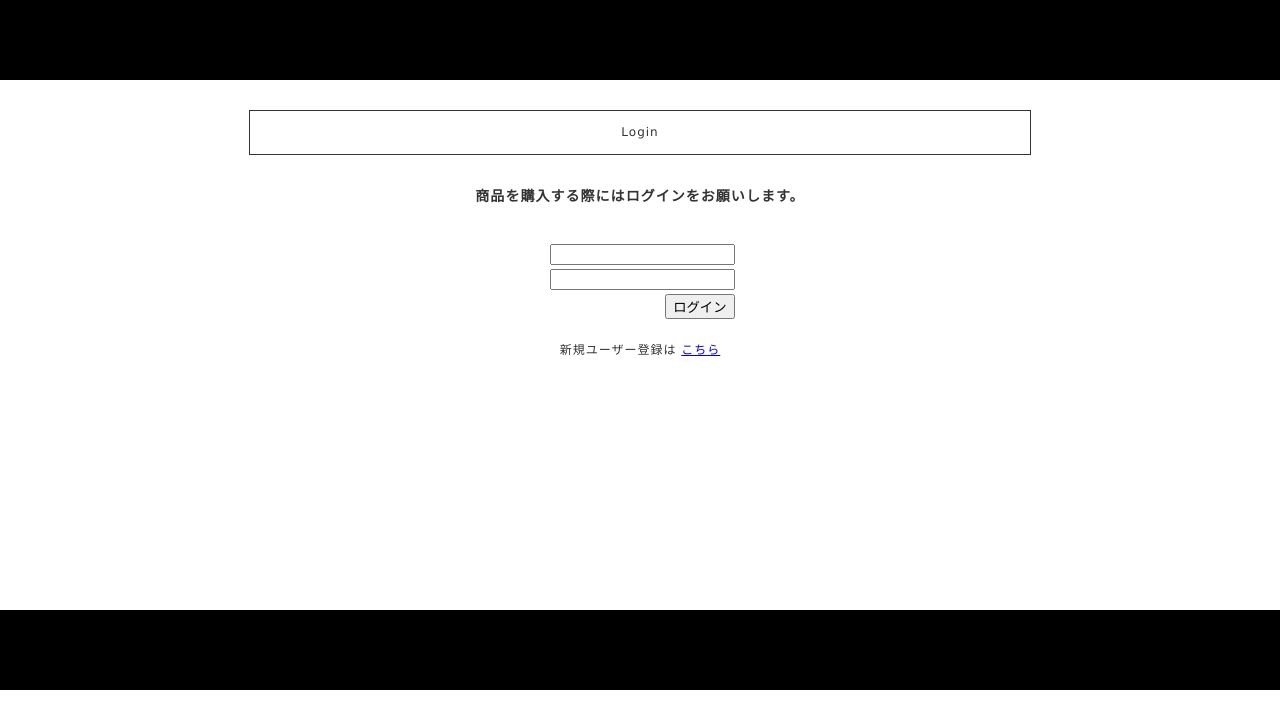
Repository: NoriakiYasumura/test01
Page: http://localhost/template/HomeAction.action
An editor plug-in stored every save of this project. The page is shown before and after the next save, followed by the edit.
The browser window is 1280 px wide. The pictures show the whole page.
The page is served by Tomcat 9. Other server files are loaded and not shown.

Above is the page before, as saved 2019-04-05 05:34:55.

### template/WebContent/login.jsp
<%@ page language="java" contentType="text/html; charset=UTF-8"
    pageEncoding="UTF-8"%>
<%@ taglib prefix="s" uri="/struts-tags" %>
<!DOCTYPE html>
<html>
	<head>
		<meta http-equiv="Content-Type" content="text/html; charset=UTF-8"/>
		<meta http-equiv="Content-Style-Type" content="text/css"/>
		<meta http-equiv="Content-Script-Type" content="text/javascript"/>
		<meta http-equiv="imagetoolbar" content="no"/>
		<meta name="description" content=""/>
		<meta name="keywords" content=""/>
		<title>Login画面</title>

		<style type="text/css">
			/* TAGLAYOUT */
			body{
				margin:0;
				padding:0;
				line-height:1.6;
				letter-spacing:1px;
				font-family:Verdana,Helvetica,sans-serif;
				font-size:12px;
				color:#333;
				background:#fff;
			}
			table{
				text-align:center;
				margin:0 auto;
			}

			/* IDLAYOUT */
			#top{
				width:780px;
				margin:30px auto;
				border:1px solid #333;
			}

			#header{
				width:100%;
				height:80px;
				background-color:black;
			}

			#main{
				width:100%;
				height:500px;
				text-align:center;
			}

			#footer{
				width:100%;
				height:80px;
				background-color:black;
				clear:both;
			}
		</style>
	</head>
	<body>
		<div id="header">
			<div id="pr"></div>
		</div>

		<div id="main">
			<div id="top">
				<p>Login</p>
			</div>

			<div>
				<h3>商品を購入する際にはログインをお願いします。</h3>
				<s:form action="LoginAction">
					<s:textfield name="loginUserId"/>
					<br>
					<s:password name="loginPassword"/>
					<s:submit value="ログイン"/>
				</s:form>
				<br/>
				<div>
					<span>新規ユーザー登録は
						<a href='<s:url action="UserCreateAction"/>'>こちら</a>
					</span>
				</div>
			</div>
		</div>

		<div id="footer">
			<div id="pr"></div>
		</div>
	</body>
</html>

After the next save:
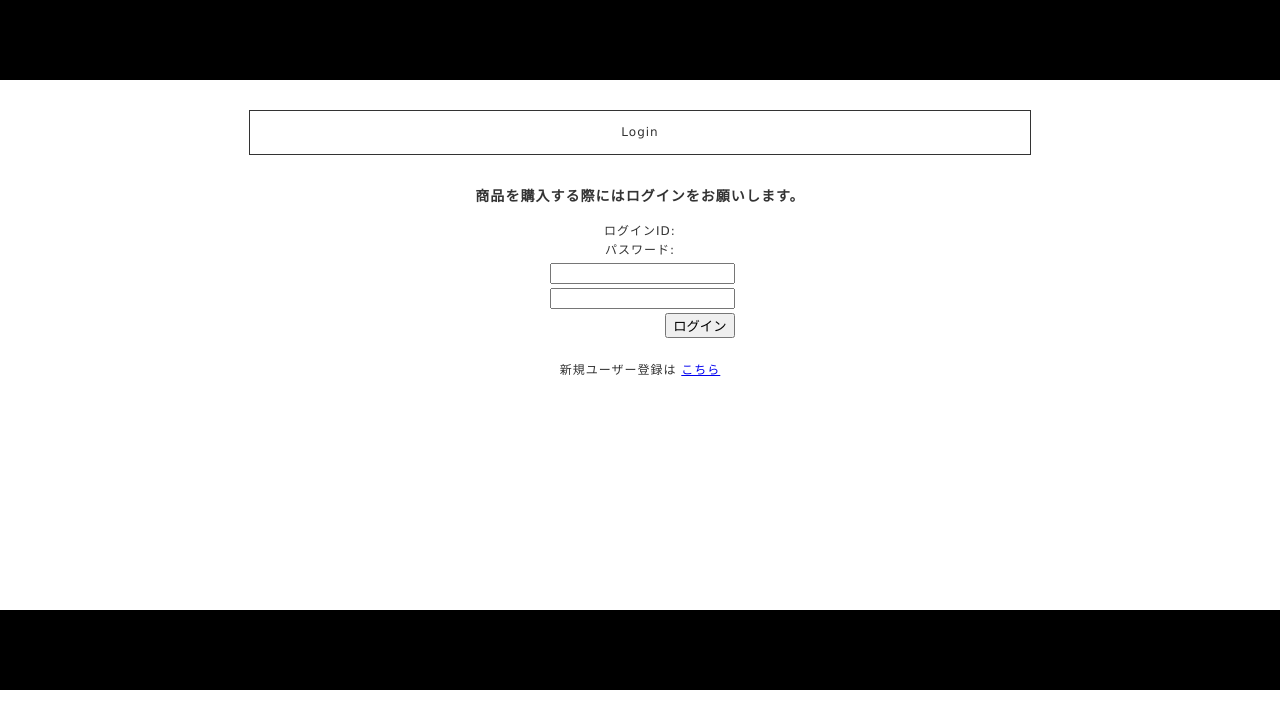
Saved 3 min 25 s later.
--- a/template/WebContent/login.jsp
+++ b/template/WebContent/login.jsp
@@ -69,9 +69,8 @@
 			<div>
 				<h3>商品を購入する際にはログインをお願いします。</h3>
 				<s:form action="LoginAction">
-					<s:textfield name="loginUserId"/>
-					<br>
-					<s:password name="loginPassword"/>
+					<div>ログインID:<s:textfield name="loginUserId"/></div>
+					<div>パスワード:<s:password name="loginPassword"/></div>
 					<s:submit value="ログイン"/>
 				</s:form>
 				<br/>
